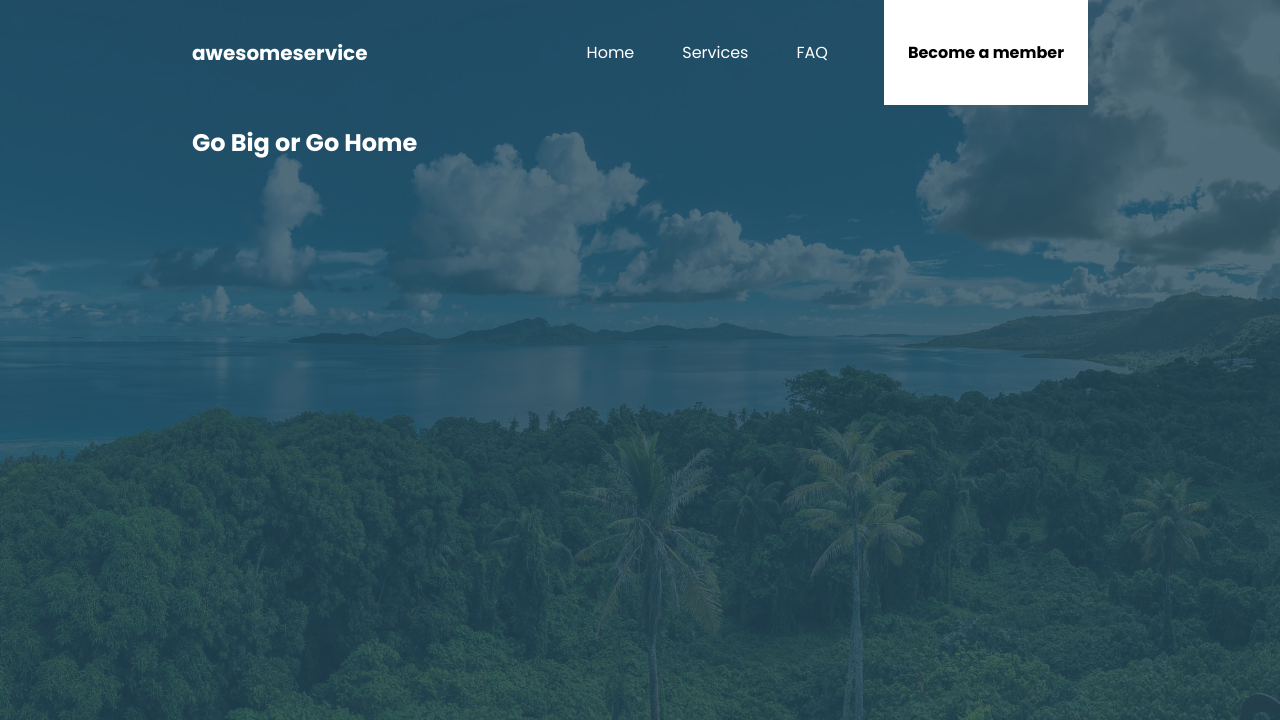
Repository: Hyperion72R/Animated-Navigation
Page: index.html
An editor plug-in stored every save of this project. The page is shown before and after the next save, followed by the edit.
The browser window is 1280 px wide. The pictures show the whole page.
The style sheet was rebuilt from its Sass, Less or Tailwind sources for each picture, by a compiler version that may differ from the author's.

Above is the page before, as saved 2021-08-22 14:08:09.

### index.html
<!DOCTYPE html>
<html lang="en">
  <head>
    <meta charset="UTF-8" />
    <meta http-equiv="X-UA-Compatible" content="IE=edge" />
    <meta name="viewport" content="width=device-width, initial-scale=1.0" />
    <title>Document</title>
    <link rel="stylesheet" href="css/main.css" />
  </head>
  <body>
    <header>
      <a href="#" class="logo">awesomeservice</a>

      <nav>
        <ul>
          <li><a href="#">Home</a></li>
          <li><a href="#">Services</a></li>
          <li><a href="#">FAQ</a></li>
          <li class="active"><a href="#">Become a member</a></li>
        </ul>
      </nav>
    </header>

    <section>
      <h1>Go Big or Go Home</h1>
    </section>

    <div class="overlay">
      <div class="left">
        <h2>It's so easy</h2>
        <p>You've got two options!</p>

        <div class="cards">
          <div class="card">
            <strong>Subscribe for $9 per month</strong>
            <p>
              Lorem ipsum dolor, sit amet consectetur adipisicing elit. Lorem
              ipsum dolor sit.
            </p>
            <a href="#" class="cta">Subscribe Now</a>
          </div>

          <div class="card">
            <strong>Pay $99 Once</strong>
            <p>
              Ratione quisquam, nesciunt corrupti magni quis tempora veritatis
              laudantium ex
            </p>
            <a href="#" class="cta pay-once">Pay Once</a>
          </div>
        </div>
      </div>

      <div class="middle">
        <ul class="secondary">
          <li><a href="#">Home</a></li>
          <li><a href="#">Services</a></li>
          <li><a href="#">FAQ</a></li>
          <li><a href="#">Contact</a></li>
        </ul>

        <div class="social-nav">
          <a href="" class="twitter"
            ><svg
              xmlns="http://www.w3.org/2000/svg"
              width="32"
              height="32"
              viewBox="0 -1.15 32 32"
            >
              <path
                d="M24 4.557c-.883.392-1.832.656-2.828.775 1.017-.609 1.798-1.574 2.165-2.724-.951.564-2.005.974-3.127 1.195-.897-.957-2.178-1.555-3.594-1.555-3.179 0-5.515 2.966-4.797 6.045-4.091-.205-7.719-2.165-10.148-5.144-1.29 2.213-.669 5.108 1.523 6.574-.806-.026-1.566-.247-2.229-.616-.054 2.281 1.581 4.415 3.949 4.89-.693.188-1.452.232-2.224.084.626 1.956 2.444 3.379 4.6 3.419-2.07 1.623-4.678 2.348-7.29 2.04 2.179 1.397 4.768 2.212 7.548 2.212 9.142 0 14.307-7.721 13.995-14.646.962-.695 1.797-1.562 2.457-2.549z"
              /></svg
          ></a>
          <a href="" class="facebook"
            ><svg
              xmlns="http://www.w3.org/2000/svg"
              width="32"
              height="32"
              viewBox="0 0 32 32"
            >
              <path
                d="M9 8h-3v4h3v12h5v-12h3.642l.358-4h-4v-1.667c0-.955.192-1.333 1.115-1.333h2.885v-5h-3.808c-3.596 0-5.192 1.583-5.192 4.615v3.385z"
              /></svg
          ></a>
        </div>
      </div>

      <div class="right">
        <svg
          class="exit"
          xmlns="http://www.w3.org/2000/svg"
          width="58"
          height="58"
          viewBox="0 0 58 58"
        >
          <path
            d="M24 20.188l-8.315-8.209 8.2-8.282-3.697-3.697-8.212 8.318-8.31-8.203-3.666 3.666 8.321 8.24-8.206 8.313 3.666 3.666 8.237-8.318 8.285 8.203z"
          />
        </svg>
      </div>
    </div>
  </body>
</html>

### css/main.scss
@import url("https://fonts.googleapis.com/css2?family=Poppins:ital,wght@0,400;0,500;0,600;0,700;0,800;0,900;1,400;1,500;1,600;1,700;1,800;1,900&display=swap");

*,
*:before,
*::after {
  box-sizing: border-box;
}

body::after {
  content: "";
  display: block;
  width: 100%;
  //   height: 108%;
  height: 100%;
  //   background-color: rgba(51, 51, 51, 0.5);
  background: rgba(38, 73, 91, 0.8);

  position: absolute;
  top: 0;
  left: 0;
  right: 0;
  bottom: 0;
  z-index: -10;
}

body {
  height: 100vh;
  //   background: #8000ff url("../assets/images/bg.jpg");
  //   background: linear-gradient(rgba(4, 230, 168, 0.8), rgba(44, 189, 230, 0.8)),
  //     url("../assets/images/bg.jpg");
  background: url("../assets/images/bg.jpg");
  //   object-fit: scale-down;
  background-size: cover;
  color: white;
  font-family: "Poppins";
  margin: 0;
  //   background-position: center;
  //   padding: 0;
  //   overflow: hidden;
  background-repeat: no-repeat;
}

ul {
  list-style-type: none;
  margin: 0;
  padding: 0;
}

section,
header {
  width: 70%;
  margin: 0 auto;
}

// .social-nav,
// .right {
//   display: none;
// }

.overlay {
  display: none;
}

header {
  display: flex;
  justify-content: space-between;
  align-items: center;

  a {
    color: white;
    text-decoration: none;
    padding: 2em;
  }

  a.logo {
    font-weight: bold;
    font-size: 1.25rem;
    padding: 0;
  }

  nav ul {
    display: flex;

    a {
      padding: 2.5em 1.5em;
      display: block;
    }

    li.active a {
      font-weight: bold;
      background: white;
      color: black;
      margin-left: 2em;
    }
  }
}

After the next save:
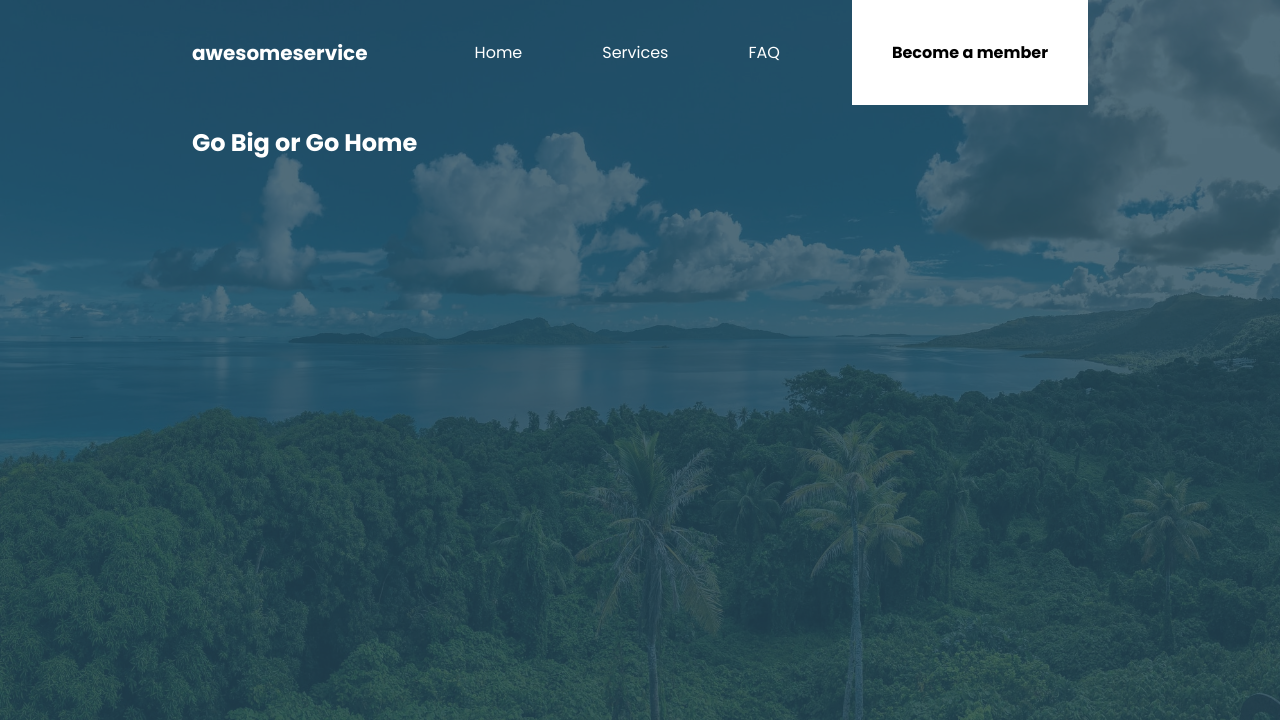
Saved 7 min 28 s later.
--- a/css/main.scss
+++ b/css/main.scss
@@ -82,7 +82,7 @@
     display: flex;
 
     a {
-      padding: 2.5em 1.5em;
+      padding: 2.5em 2.5em;
       display: block;
     }
 

After the save that followed:
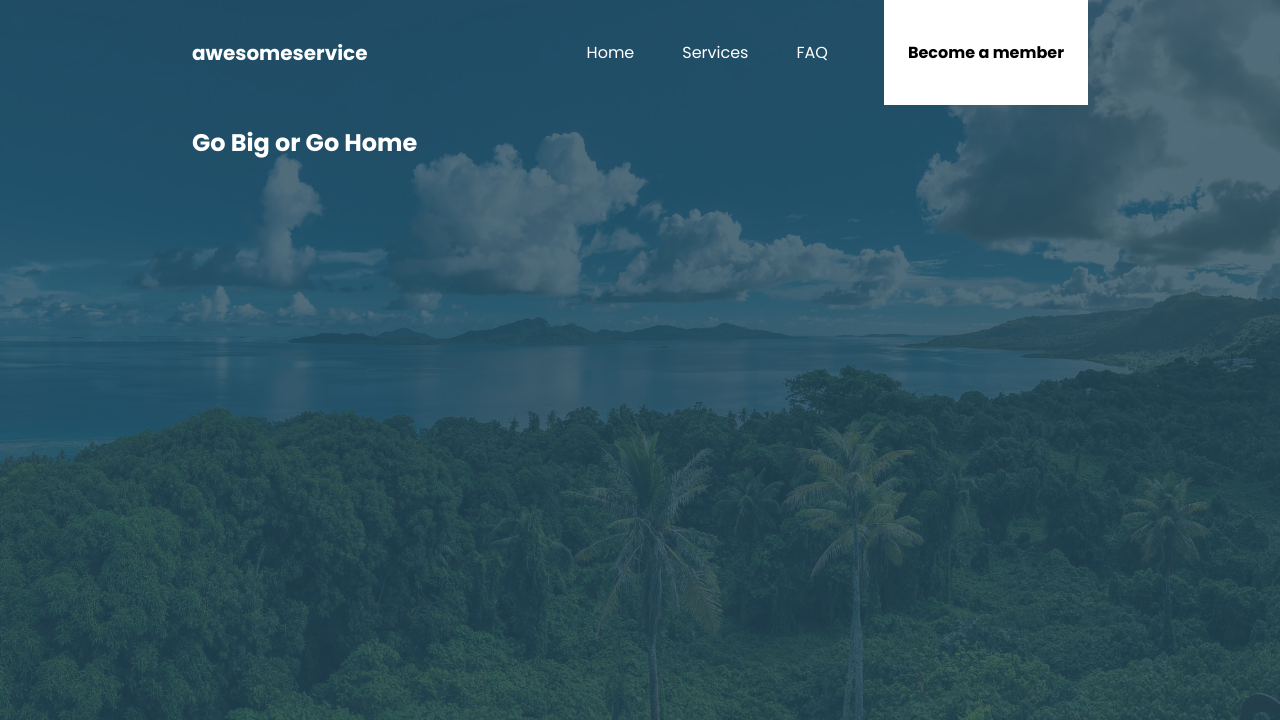
Saved 30 s later.
--- a/css/main.scss
+++ b/css/main.scss
@@ -82,7 +82,7 @@
     display: flex;
 
     a {
-      padding: 2.5em 2.5em;
+      padding: 2.5em 1.5em;
       display: block;
     }
 
